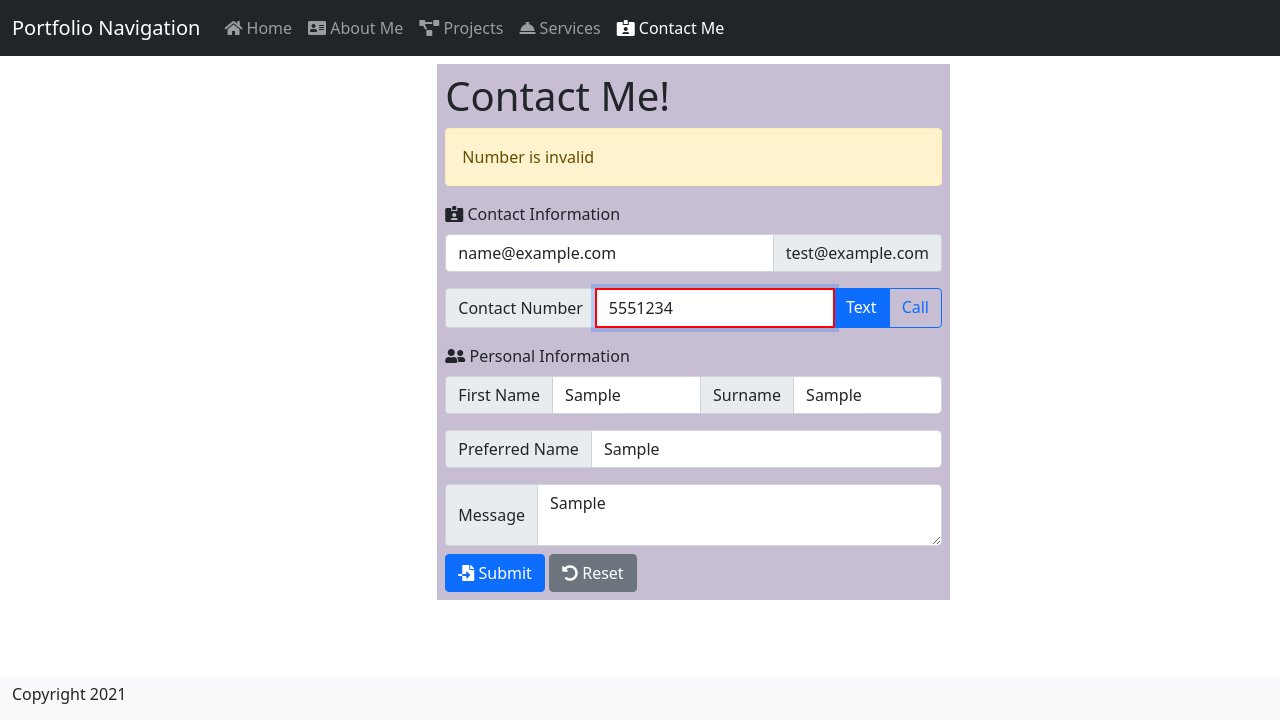
Repository: GarlicButterBoy/Portfolio
Page: contact.html
The author's editor kept a copy of each file at every save. The page is drawn from the files as they stood at one save, then again after a run of saves.
The browser window is 1280 px wide. The page is 1284 px wide, so the pictures cover 1284 px, including what lies to the right of the window. The pictures show the whole page.
Empty fields were first filled with sample values (such as "Sample", 5 or name@example.com).
After loading, the first visible `#contactNumber` was changed once.

Above is the page before, as saved 2021-06-14 12:02:41.

### contact.html
<!DOCTYPE html>
<html lang="en">
<head>
    <meta charset="UTF-8">
    <meta http-equiv="X-UA-Compatible" content="IE=edge">
    <meta name="viewport" content="width=device-width, initial-scale=1.0">
    <title>Nick Sturch-Flint Portfolio</title>
    <link rel="stylesheet" href="./node_modules/bootstrap/dist/css/bootstrap.min.css">
    <link rel="stylesheet" href="./node_modules/@fortawesome/fontawesome-free/css/all.min.css">
    <link rel="stylesheet" href="./Content/app.css">
</head>
<body>
  <!-- Main Navigation -->
    <nav class="navbar navbar-expand-lg navbar-dark bg-dark">
        <div class="container-fluid">
          <a class="navbar-brand" href="#">Portfolio Navigation</a>
          <button class="navbar-toggler" type="button" data-bs-toggle="collapse" data-bs-target="#navbarNavAltMarkup" aria-controls="navbarNavAltMarkup" aria-expanded="false" aria-label="Toggle navigation">
            <span class="navbar-toggler-icon"></span>
          </button>
          <div class="collapse navbar-collapse" id="navbarNavAltMarkup">
            <div class="navbar-nav ml-auto">
              <a id="home" class="nav-link" aria-current="page" href="index.html"><i class="fas fa-home"></i> Home</a>
              <a id="about" class="nav-link" href="about.html"><i class="fas fa-address-card"></i> About Me</a>
              <a id="projects" class="nav-link" href="projects.html"><i class="fas fa-project-diagram"></i> Projects</a>
              <a id="services" class="nav-link" href="services.html"><i class="fas fa-concierge-bell"></i> Services</a>
              <a id="contact" class="nav-link" href="contact.html"><i class="fas fa-id-card-alt"></i> Contact Me</a>
            </div>
          </div>
        </div>
      </nav>
      <!-- End of Main Navigation -->

      <main class="containrer p-2">
        <div class="row">
          <div class=" offset-md-4 col-md-5">
            <div class="jumbotron p-2" id="contentArea">
              <h1>Contact Me!</h1>

              <div class="alert alert-warning" role="alert" id="errorMessage">
              </div>

              <form id="contactForm" action="POST">

              <label for="basic-url" class="form-label"><i class="fas fa-id-card-alt"></i> Contact Information</label>
              <div class="input-group mb-3">
                <input type="email" class="form-control" placeholder="Email" aria-label="Email" aria-describedby="basic-addon2" id="emailAddress" value="">
                <span class="input-group-text" id="basic-addon2">test@example.com</span>
              </div>

              <div class="input-group mb-3">
                <span class="input-group-text" id="basic-addon2">Contact Number</span>
                <input type="tel" class="form-control" placeholder="Contact Number" aria-label="Contact Number" aria-describedby="basic-addon2" id="contactNumber" value="">

                <div class="btn-group" role="group" aria-label="Basic radio toggle button group">
                  <input type="radio" class="btn-check" name="btnradio" id="textCheck" autocomplete="off" checked>
                  <label class="btn btn-outline-primary" for="btnradio1">Text</label>

                  <input type="radio" class="btn-check" name="btnradio" id="callCheck" autocomplete="off">
                  <label class="btn btn-outline-primary" for="btnradio2">Call</label>
                </div>

              </div>

              <label for="basic-url" class="form-label"><i class="fas fa-user-friends"></i> Personal Information</label>
              <div class="input-group mb-3">
                <span class="input-group-text" id="basic-addon3">First Name</span>
                <input type="text" class="form-control" id="firstName" aria-describedby="basic-addon3" value="">

                <span class="input-group-text">Surname</span>
                <input type="text" class="form-control" aria-label="Surname" id="lastName" value="">
              </div>

              <div class="input-group mb-3">
                <span class="input-group-text">Preferred Name</span>
                <input type="text" class="form-control" aria-label="Preferred Name" id="prefName" value="">
              </div>



              <div class="input-group">
                <span class="input-group-text">Message</span>
                <textarea class="form-control" placeholder="Reach out to me with a personalized message" aria-label="Message" id="message" value=""></textarea>
              </div>
              <button class="btn btn-primary mt-2" type="submit" id="submitButton"><i class="fas fa-file-import"></i> Submit</button>
              <button class="btn btn-secondary mt-2" type="reset" id="resetButton"><i class="fas fa-undo-alt"></i> Reset</button>

            </form>
            </div>
          </div>
        </div>
      </main>


      <footer>
        <nav class="navbar fixed-bottom navbar-light bg-light">
          <div class="container-fluid">
            <h6>Copyright 2021</h6>
          </div>
        </nav>
      </footer>

      <!-- Third Party Libraries -->
      <script src="./node_modules/jquery/dist/jquery.min.js"></script>
      <script src="./node_modules/bootstrap/dist/js/bootstrap.min.js"></script>

      <!-- Third Party Libraries -->
    <script src="./Scripts/app.js"></script>
</body>
</html>

### Content/app.css
.jumbotron {
    background-color: #c7bed3;
  }

### Scripts/app.js
class Contact
{
    constructor(emailAddress = "", contactNumber = "", contactName = "", contactMessage = "")
    {
        this.emailAddress = emailAddress;
        this.contactNumber = contactNumber;
        this.contactName = contactName;
        this.contactMessage = contactMessage;
    }
}

"use strict";

//IIFE - Immediately Invoked Function Expression
// OR - Anonymous Self Executing Function
(function()
{
    //declare function variables here...
    let contact = new Contact();
    console.log("%cDeclaring Variables", "color:blue");

    /**
     * Variable Initialization in this function
     */
    function Start()
    {
        console.log("%cInitializing Variables", "color:green");

        PageSwitcher();

        Main();
    }

    function PageSwitcher()
    {
        let name = window.location.pathname; //returns full .html page name
        let pageName = name.substring(1, name.length - 5); //returns page name without the first / and the final .html


        switch(pageName)
        {
            case "index":
                DisplayHome();

                break;
            case "about":
                DisplayAbout();
                break;
            case "projects":
                DisplayProjects();
                break;
            case "services":
                DisplayServices();
                break;
            case "contact":
                DisplayContact();
                break;
            default:
                Display404();
                break;
        }

        $("#"+pageName).addClass("active"); //makes the active page link highlighted
    }

    function DisplayHome()
    {
        function notify() {
            console.log( "clicked" );
          }

        document.getElementById("home").className = "nav-link active";

         $("#projectsButton").on("click", notify, () => {
              location.href = "projects.html";
         });
    }

    function DisplayAbout()
    {

    }

    function DisplayProjects()
    {

    }

    function DisplayServices()
    {

    }

    function DisplayContact()
    {

        function clearForm()
        {
            $("#contactForm")[0].reset();
            $("#errorMessage").hide();
        }

        $("#errorMessage").hide();

        //Email Validation (Lite)
        $("#emailAddress").on("change", (e) => {
            if(($("#emailAddress").val().length < 8) || (!$("#emailAddress").val().includes("@")))
            {
                $("#errorMessage")[0].textContent = "Email is too short";
                $("#errorMessage").show();
                $("#emailAddress").trigger("focus");
                $("#emailAddress").css("border", "2px solid red");
                console.log("Email too short")
            }
            else
            {
                $("#errorMessage").hide();
                $("#emailAddress").css("border", "2px solid #ced4da");
            }
        });

        //Phone Number Validation
        $("#contactNumber").on("change", (e) => {
            let phonePattern = /^(\+\d{1,2}\s)?\(?\d{3}\)?[\s.-]\d{3}[\s.-]\d{4}$/;
            if(($("#contactNumber").val()))
            {
                $("#errorMessage")[0].textContent = "Number is invalid";
                $("#errorMessage").show();
                $("#contactNumber").trigger("focus");
                $("#contactNumber").css("border", "2px solid red");
                console.log("Number too invalid")
            }
            else
            {
                $("#errorMessage").hide();
                $("#emailAddress").css("border", "2px solid #ced4da");
            }
        });

        $("#firstName").on("change", (e) => {
            if($("#firstName").val().length < 2)
            {
                $("#errorMessage")[0].textContent = "First name is too short";
                $("#errorMessage").show();
                $("#firstName").trigger("focus");
                $("#firstName").css("border", "1px solid red");
                console.log("First name too short")
            }
            else
            {
                $("#errorMessage").hide();
                $("#firstName").css("border", "1px solid #ced4da");
            }
        });

        $("#lastName").on("change", (e) => {
            if($("#lastName").val().length < 2)
            {
                $("#errorMessage")[0].textContent = "Last name is too short";
                $("#errorMessage").show();
                $("#lastName").trigger("focus");
                $("#lastName").css("border", "1px solid red");
                console.log("Last name too short")
            }
            else
            {
                $("#errorMessage").hide();
                $("#lastName").css("border", "1px solid #ced4da");
            }
        });

        $("#submitButton").on("click", (e) =>
        {
            e.preventDefault();

            let emailAddress = $("#emailAddress").val();
            let contactNumber = $("#contactNumber").val();
            let firstName = $("#firstName").val();
            let lastName = $("#lastName").val();
            let prefName = $("#prefName").val();
            let message = $("#message").val();

            console.log(`Email Address : ${emailAddress}`);
            console.log(`Contact Number: ${contactNumber}`);
            console.log(`Name          : ${prefName} (${lastName}, ${firstName});`);
            console.log(`Message       : ${message}`);

            contact.emailAddress = emailAddress;
            contact.contactNumber = contactNumber;
            contact.contactName = `${prefName} (${lastName}, ${firstName})`;
            contact.contactMessage = message;

            console.log(contact);
            clearForm();
        });

        $("#resetButton").on("click", (e) =>
        {
            e.preventDefault();

            if(confirm("Are you sure?"))
            {
                clearForm();
            }
        });
    }

    function Display404()
    {
        console.log("Page Not Found");
    }

    /**
     * Main program Entry point is here
     */
    function Main()
    {
        console.log("%cMain Program Starting", "color:orange");

    }

    window.addEventListener("load", Start);
})();

Loaded but not shown: node_modules/bootstrap/dist/css/bootstrap.min.css (library); node_modules/@fortawesome/fontawesome-free/css/all.min.css (library); node_modules/jquery/dist/jquery.min.js (library); node_modules/bootstrap/dist/js/bootstrap.min.js (library)

After the next 2 saves:
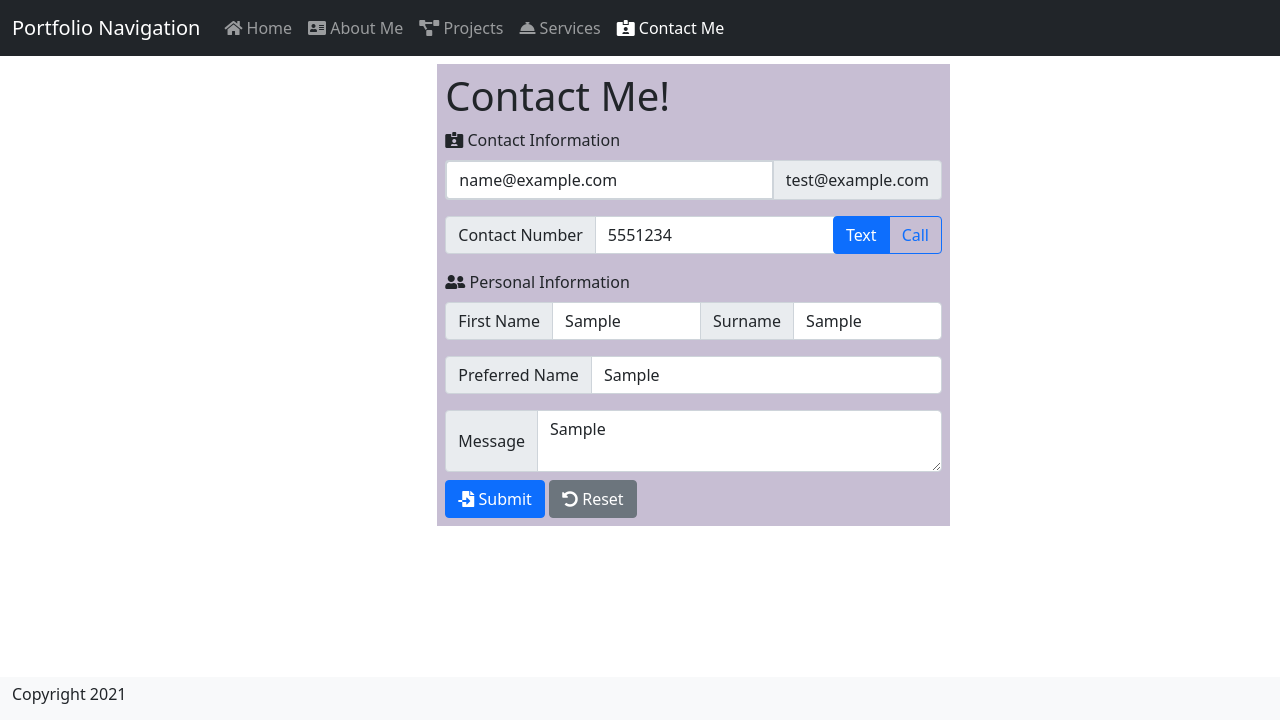
The 2 saves are shown as one change because they came seconds apart.
The last was saved 16 s later.
--- a/Scripts/app.js
+++ b/Scripts/app.js
@@ -122,7 +122,7 @@
         //Phone Number Validation
         $("#contactNumber").on("change", (e) => {
             let phonePattern = /^(\+\d{1,2}\s)?\(?\d{3}\)?[\s.-]\d{3}[\s.-]\d{4}$/;
-            if(($("#contactNumber").val()))
+            if(phonePattern.test($("#contactNumber").val()))
             {
                 $("#errorMessage")[0].textContent = "Number is invalid";
                 $("#errorMessage").show();

After the save that followed:
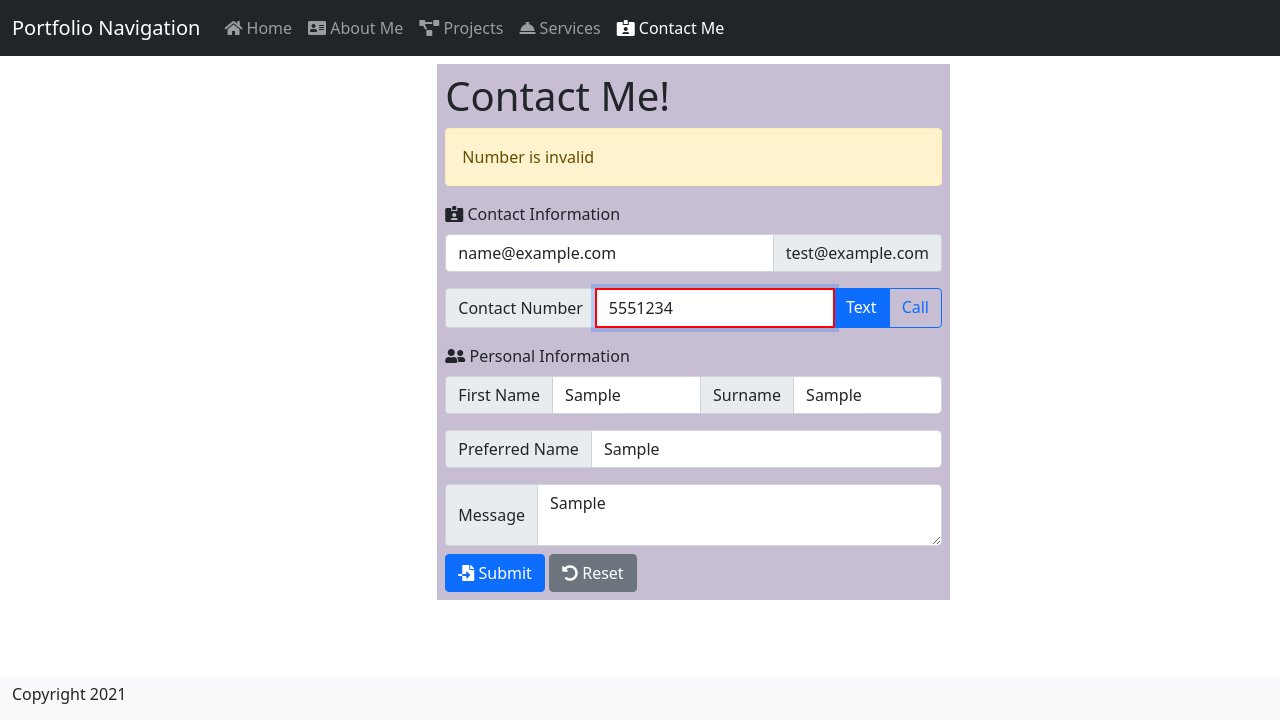
Saved 8 s later.
--- a/Scripts/app.js
+++ b/Scripts/app.js
@@ -122,7 +122,7 @@
         //Phone Number Validation
         $("#contactNumber").on("change", (e) => {
             let phonePattern = /^(\+\d{1,2}\s)?\(?\d{3}\)?[\s.-]\d{3}[\s.-]\d{4}$/;
-            if(phonePattern.test($("#contactNumber").val()))
+            if(!phonePattern.test($("#contactNumber").val()))
             {
                 $("#errorMessage")[0].textContent = "Number is invalid";
                 $("#errorMessage").show();
